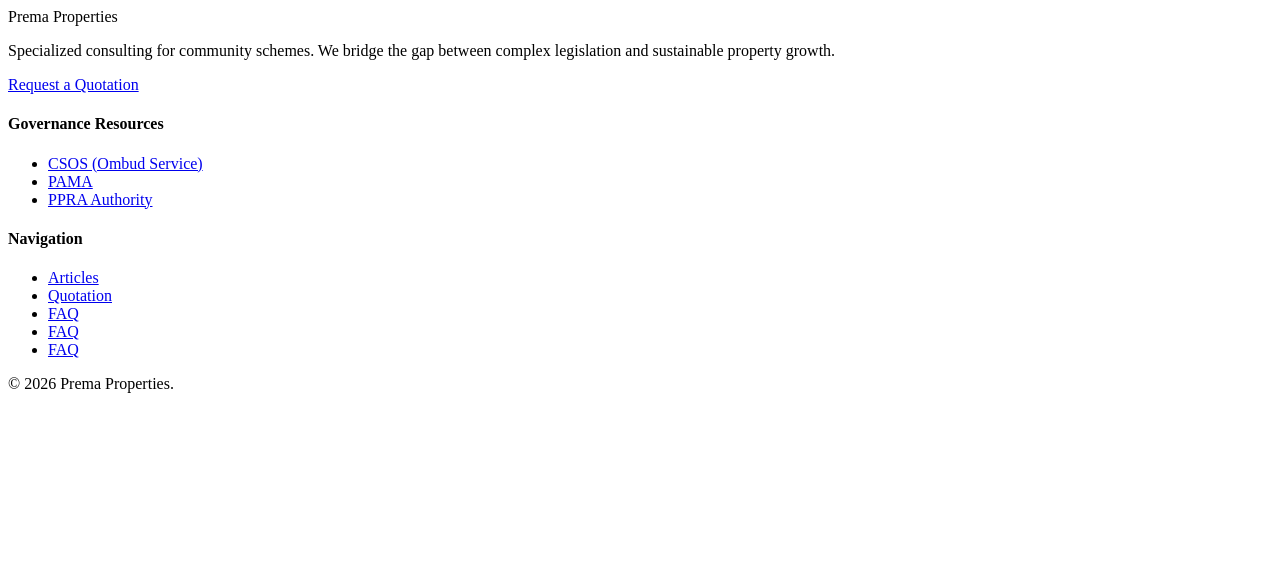
Repository: mnqobiMenzi/Prema-Properties
Page: footer.html
An editor plug-in stored every save of this project. The page is shown before and after the next save, followed by the edit.
The browser window is 1280 px wide. The pictures show the whole page.

Above is the page before, as saved 2026-02-10 12:13:23.

After the next save:
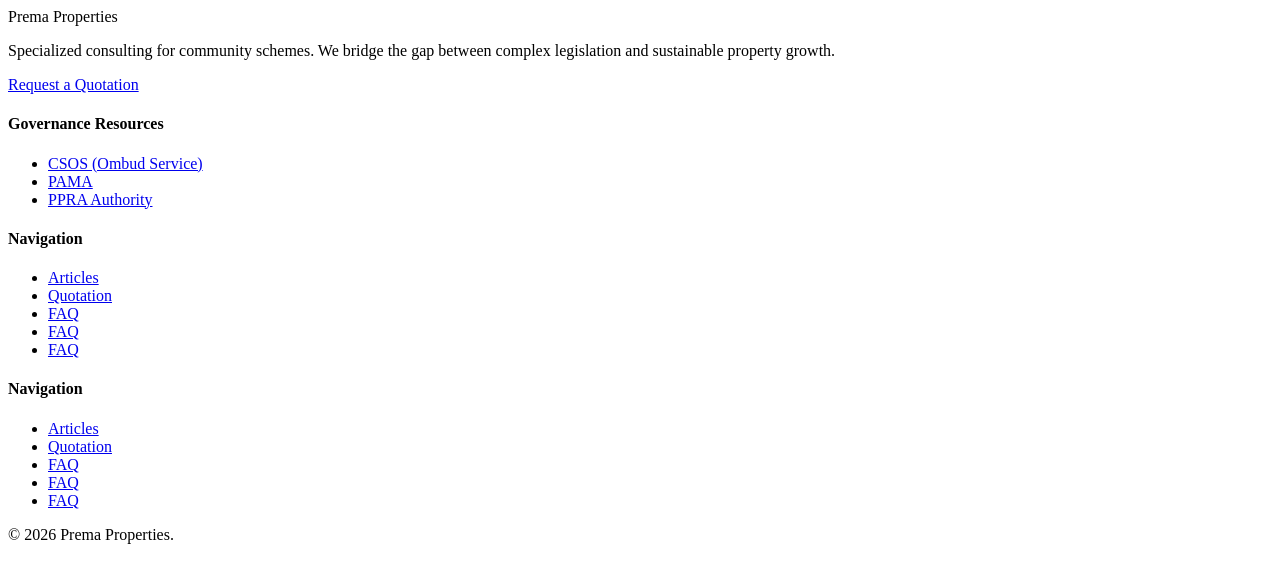
Saved 63 s later.
--- a/footer.html
+++ b/footer.html
@@ -33,6 +33,16 @@
         <li><a href="contact-us.html">FAQ</a></li>
       </ul>
     </div>
+     <div class="footer-column">
+      <h4>Navigation</h4>
+      <ul>
+        <li><a href="articles.html">Articles</a></li>
+        <li><a href="quote.html">Quotation</a></li>
+        <li><a href="FAQ.html">FAQ</a></li>
+        <li><a href="about-us.html">FAQ</a></li>
+        <li><a href="contact-us.html">FAQ</a></li>
+      </ul>
+    </div>
   </div>
   <div class="footer-bottom">
     <div class="container"><p>&copy; 2026 Prema Properties.</p></div>
